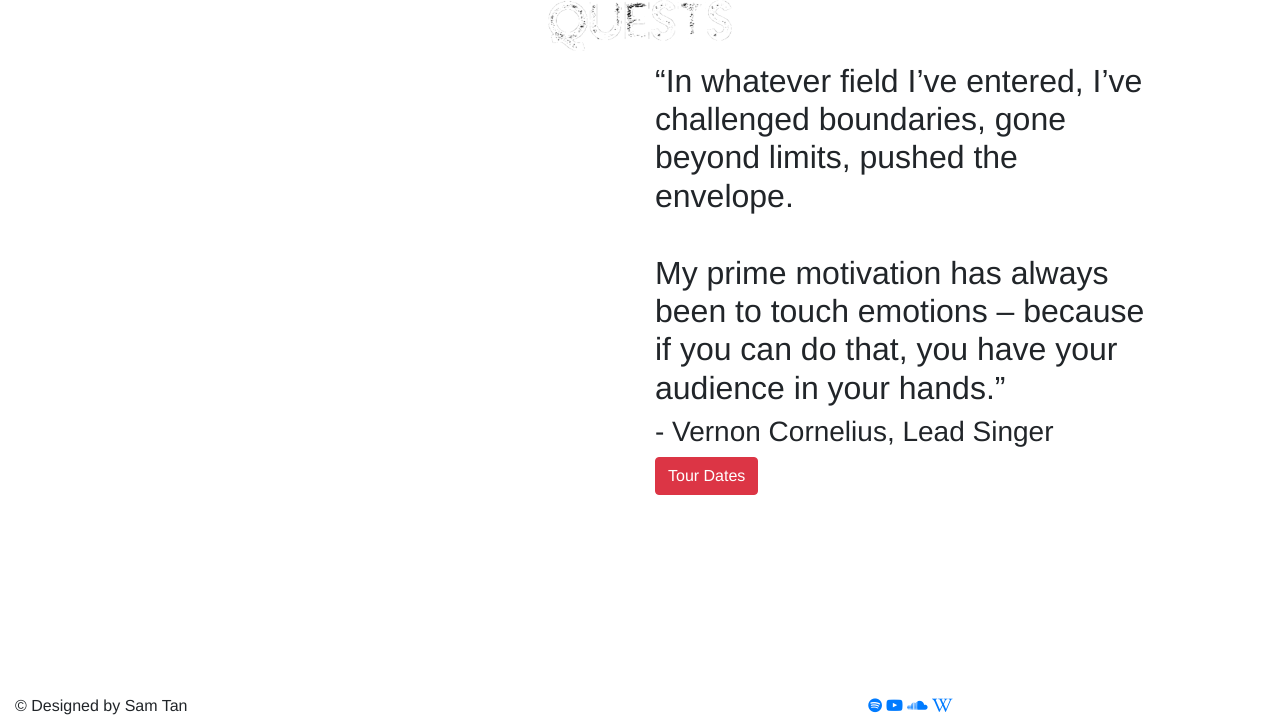
Repository: SamLookingGlass/User-Centric-Frontend-Development-Project
Page: tour.html
The author's editor kept a record of every edit. The page is drawn from the files as they stood at one moment, then again after the next edit.
The browser window is 1280 px wide. The pictures show the whole page.
Some web libraries are served in a nearby version.

Above is the page before.

### tour.html
<!doctype html>
<html lang="en">

<head>
    <!-- Required meta tags -->
    <meta charset="utf-8">
    <meta name="viewport" content="width=device-width, initial-scale=1, shrink-to-fit=no">

    <!-- Bootstrap CSS -->
    <link rel="stylesheet" href="https://maxcdn.bootstrapcdn.com/bootstrap/4.0.0/css/bootstrap.min.css" integrity="sha384-Gn5384xqQ1aoWXA+058RXPxPg6fy4IWvTNh0E263XmFcJlSAwiGgFAW/dAiS6JXm" crossorigin="anonymous">

    <!-- Google Fonts CSS -->
    <link href="https://fonts.googleapis.com/css?family=Fjalla+One&display=swap" rel="stylesheet">
    <link href="https://fonts.googleapis.com/css?family=Amatic+SC&display=swap" rel="stylesheet">
    <link href="https://fonts.googleapis.com/css?family=Playfair+Display&display=swap" rel="stylesheet">

    <!-- Font Awesoe CSS -->
    <link rel="stylesheet" href="https://cdnjs.cloudflare.com/ajax/libs/font-awesome/4.7.0/css/font-awesome.min.css">

    <!-- Own Stylesheet -->
    <link href="style.css" rel="stylesheet" type="text/css" />

    <title>The Quests Official | Tour</title>
</head>

<body id="borderhome">
    <!--<div class="container-fluid" style="height:2vw"></div>-->
    <nav class="fontnew" id="navbg">
        <div class="container-fluid">
            <div class="row d-lg-flex">
                <div class="col-5 navnew navleft d-flex justify-content-end">
                    <ul class="d-flex">
                        <li><a href="home.html">HOME</a></li>
                        <li><a href="music.html">MUSIC</a></li>
                        <li><a href="history.html">HISTORY</a></li>
                    </ul>
                </div>
                <div class="col-2 d-lg-flex justify-content-center">
                    <a class="" href="home.html">
                     <img id="navlogo" class="img-fluid" src="images/logo/logo.png" alt="Quests Logo">
                </a>
                </div>
                <div class="col-5 navnew navright d-lg-flex justify-content-start">
                    <ul class="d-flex">
                        <li id="active"><a href="tour.html">TOUR</a></li>
                        <li><a href="gallery.html">GALLERY</a></li>
                    </ul>
                </div>
            </div>
        </div>
    </nav>
    <section class="tour-background">
        <div style="height:500pt" class="container-fluid">
            <div class="row">
                <div class="col-1"></div>
                <div class="col-5">
                    <!-- Modal -->
                    <div class="modal fade" id="exampleModal" tabindex="-1" role="dialog" aria-labelledby="exampleModalLabel" aria-hidden="true">
                        <div class="modal-dialog" role="document">
                            <div class="modal-content">
                                <div class="modal-header">
                                    <h5 class="modal-title" id="exampleModalLabel">Tour Dates</h5>
                                    <button type="button" class="close" data-dismiss="modal" aria-label="Close">
                                      <span aria-hidden="true">&times;</span>
                                    </button>
                                </div>
                                <div class="modal-body">
                                    <p>There are currently no tours in your area.</p>
                                </div>
                                <div class="modal-footer">
                                    <button type="button" class="btn btn-secondary" data-dismiss="modal">Close</button>
                                </div>
                            </div>
                        </div>
                    </div>
                </div>
                <div class="col-5 fonttypo">
                    <div>
                        <h2 class="cardbod cardbod-tour">
                            “In whatever field I’ve entered, I’ve challenged boundaries, gone beyond limits, pushed the envelope.
                            <br>
                            <br> My prime motivation has always been to touch emotions – because if you can do that, you have your audience in your hands.”
                            <br>
                        </h2>
                        <h3>
                            - Vernon Cornelius, Lead Singer
                        </h3>

                    <!-- Button trigger modal -->
                    <button type="button" style="font-family: "Amatic SC", cursive" class="btn btn-danger" data-toggle="modal" data-target="#exampleModal">
                      Tour Dates
                    </button>
                    </div>
                    <div class="col-1"></div>
                </div>
            </div>
    </section>
    <footer class="fixed-bottom fontfooter" id="navbg1">
        <div class="container-fluid">
            <div class="row">
                <div class="col-4">© Designed by Sam Tan </div>
                <div class="col-4"></div>
                <div class="col-4 footerlogo logos">
                    <a href="https://open.spotify.com/artist/4AOgY5YwQw4d5pgEX3f56A" target="_blank"><i class="fa fa-spotify"></i> </i></a>
                    <a href="https://www.youtube.com/user/JoeWuSeattleWaUSA/featured" target="_blank"><i class="fa fa-youtube-play"></i></a>
                    <a href="https://soundcloud.com/user-73693220/keith-locke-the-quests-dont-1" target="_blank"><i class="fa fa-soundcloud"></i></a>
                    <a href="https://en.wikipedia.org/wiki/The_Quests" target="_blank"><i class="fa fa-wikipedia-w"></i></a>
                </div>
            </div>
        </div>
    </footer>

    <!-- Optional JavaScript -->
    <!-- jQuery first, then Popper.js, then Bootstrap JS -->
    <script src="https://code.jquery.com/jquery-3.2.1.slim.min.js" integrity="sha384-KJ3o2DKtIkvYIK3UENzmM7KCkRr/rE9/Qpg6aAZGJwFDMVNA/GpGFF93hXpG5KkN" crossorigin="anonymous"></script>
    <script src="https://cdnjs.cloudflare.com/ajax/libs/popper.js/1.12.9/umd/popper.min.js" integrity="sha384-ApNbgh9B+Y1QKtv3Rn7W3mgPxhU9K/ScQsAP7hUibX39j7fakFPskvXusvfa0b4Q" crossorigin="anonymous"></script>
    <script src="https://maxcdn.bootstrapcdn.com/bootstrap/4.0.0/js/bootstrap.min.js" integrity="sha384-JZR6Spejh4U02d8jOt6vLEHfe/JQGiRRSQQxSfFWpi1MquVdAyjUar5+76PVCmYl" crossorigin="anonymous"></script>
</body>

</html>

### style.css
.red {
    background-color: red;
}

.green {
    background-color: green;
}

/*Updated Index*/

.badgedesign {
    margin:10pt;
    padding:10pt;
    background-image: linear-gradient(to right, green , white);
}

.musicbox {
    position:relative;
    padding-top:20pt;
}
#navlogo {
   filter: invert(1);
}
.navnew li a {
    color: white;
}

.navnew li {
    text-decoration: none;
    list-style: none;
    padding-top: 12pt;
    margin: 5pt;
    font-size: 7pt;
    font-weight: bold;
}

.navright ul {
    position: relative;
    right: 0pt;
}

.navleft ul {
    position: relative;
    left: 0pt;
}

.fontnew {
    color:white;
    font-size: 7pt;
}

#videobg {
    z-index: -1;
    position: fixed;
    right: 0;
    bottom: 0;
    min-width: 100%;
    min-height: 120%;
}

@media (min-aspect-ratio: 16/9) {
    #videobg {
        width: 100%;
        height: auto;
    }
}

@media (min-aspect-ratio: 16/9) {
    #videobg {
        width: auto;
        height: 100%;
    }
}

/*edit size*/
@media (max-width: 200px) {
    #videobg {
        display: none;
    }
    body {
        background: url("");
        background-size: cover;
    }
}


/*badge*/
.badgeset1 {
    margin: 10pt;
    border: solid 1pt black;
    background-color: white;
    border-radius: 0pt;
    color: rgba(0,0,0,0.5);
}

.badgeset2 {
    margin: 10pt;
    border: solid 1pt black;
    background-color: pink;
    border-radius: 0pt;
}

/*Home Styling*/

.main-font {
    font-size: 0.8em;
    font-family: 'IBM Plex Sans', sans-serif;
}

.topnav {
    padding: 0pt;
    padding-left: 1pt;
    border-bottom: solid 1pt black;
}

.topnav ul {
    align-items: stretch;
    position: absolute;
    left: 150pt;
}

.topnav ul li:hover {
    background-color: grey;
    border-radius: 20px;
    text-decoration: underline;
}

#logo-next span {
    background-color: black;
    border-radius: 4px;
    padding: 23px 10px;
}

#logo-prev span {
    background-color: black;
    border-radius: 4px;
    padding: 23px 10px;
}

#home-background {
    background-color: #FFFF00;
    background-size: cover;
    height: 300px;
}

#main-album {
    max-width: 150px;
}

.main2 {
    background-image: url("images/image2.jpg");
    min-height: 500px;
    background-attachment: fixed;
    background-position: center;
    background-repeat: no-repeat;
    background-size: cover;
}

.footer {
    background-color: #0F0F0F;
    background-size: cover;
    height: 300px;
}

/*Gallery Styling*/

.card-text {
    color: white;
    font-weight: bolder;
    font-size: 24px;
}


.gallery-left {
    background-position: cover;
    background-image: url("images/background.gif");
}

/*History Styling*/

.timeline {
    background-color: #1d2124;
    padding-top: 20pt;
}

.main-timeline {
    overflow: hidden;
    position: relative;
}

.main-timeline .timeline {
    position: relative;
}

.main-timeline .timeline:before,

.main-timeline .timeline:after {
    content: "";
    display: block;
    width: 100%;
    clear: both;
}

.main-timeline .timeline:before {
    content: "";
    width: 15px;
    height: 100%;
    background: #f4a24c;
    margin: 0 auto;
    position: absolute;
    top: -50%;
    left: 0;
    right: 0;
}

.main-timeline .timeline:first-child:before {
    height: 50%;
    border-radius: 10px 10px 0 0;
    top: 0;
}

.main-timeline .timeline:last-child:before {
    height: 150%;
    border-radius: 0 0 10px 10px;
}

.main-timeline .timeline-icon {
    display: block;
    width: 130px;
    height: 130px;
    line-height: 105px;
    border-radius: 50%;
    background: #1d2124;
    border: 12px solid #f4a24c;
    margin: auto;
    font-size: 70px;
    font-weight: bold;
    color: #fff;
    text-transform: uppercase;
    text-align: center;
    position: absolute;
    top: 0;
    left: 0;
    bottom: 0;
    right: 0;
    z-index: 1;
}

.main-timeline .timeline-icon:before {
    content: "";
    width: 0;
    height: 0;
    border-right: 15px solid #f4a24c;
    border-top: 10px solid transparent;
    border-bottom: 10px solid transparent;
    margin: auto 0;
    position: absolute;
    top: 0;
    left: -33px;
    bottom: 0;
}

.main-timeline .timeline-content {
    width: 50%;
    padding-right: 100px;
}

.main-timeline .icon {
    float: left;
    margin-right: 15px;
    font-size: 70px;
    color: #f4a24c;
}

.main-timeline .description {
    font-size: 16px;
    color: #fff;
    line-height: 24px;
    margin: 0;
}

.main-timeline .year {
    width: 50%;
    padding-left: 50px;
    position: absolute;
    top: 50%;
    right: 0;
    transform: translateY(-50%);
}

.main-timeline .year span {
    display: inline-block;
    padding: 12px 25px 12px 25px;
    background: #f4a24c;
    border-radius: 0 50px 50px 0;
    font-size: 40px;
    font-weight: bold;
    line-height: 36px;
    color: #fff;
}

.main-timeline .timeline:nth-child(2n) .timeline-icon:before {
    border-right: none;
    border-left: 15px solid #f26f77;
    left: auto;
    right: -33px;
}

.main-timeline .timeline:nth-child(2n) .timeline-content {
    float: right;
    padding: 0 0 0 100px;
}

.main-timeline .timeline:nth-child(2n) .description {
    padding-left: 20px;
}

.main-timeline .timeline:nth-child(2n) .year {
    padding: 0 50px 0 0;
    text-align: right;
    right: auto;
    left: 0;
}

.main-timeline .timeline:nth-child(2n) .year span {
    border-radius: 50px 0 0 50px;
}

.main-timeline .timeline:nth-child(2n) .timeline-icon {
    border-color: #f26f77;
}

.main-timeline .timeline:nth-child(2n) .icon {
    color: #f26f77;
}

.main-timeline .timeline:nth-child(2n):before,
.main-timeline .timeline:nth-child(2n) .year span {
    background: #f26f77;
}

.main-timeline .timeline:nth-child(3n) .timeline-icon {
    border-color: #13a3b5;
}

.main-timeline .timeline:nth-child(3n) .timeline-icon:before {
    border-right-color: #13a3b5;
}

.main-timeline .timeline:nth-child(3n) .icon {
    color: #13a3b5;
}

.main-timeline .timeline:nth-child(3n):before,
.main-timeline .timeline:nth-child(3n) .year span {
    background: #13a3b5;
}

.main-timeline .timeline:nth-child(4n) .timeline-icon {
    border-color: #a6d050;
}

.main-timeline .timeline:nth-child(4n) .timeline-icon:before {
    border-left-color: #a6d050;
}

.main-timeline .timeline:nth-child(4n) .icon {
    color: #a6d050;
}

.main-timeline .timeline:nth-child(4n):before,
.main-timeline .timeline:nth-child(4n) .year span {
    background: #a6d050;
}

@media only screen and (max-width: 767px) {
    .main-timeline .timeline {
        padding-top: 95px;
        margin-top: 150px;
        margin-bottom: 50px;
    }
    .main-timeline .timeline:first-child {
        margin-top: 135px;
    }
    .main-timeline .timeline:last-child {
        margin-bottom: 0;
    }
    .main-timeline .timeline:before,
    .main-timeline .timeline:first-child:before,
    .main-timeline .timeline:last-child:before {
        width: 100%;
        height: 15px;
        border-radius: 10px;
        margin: 0;
        top: 0;
    }
    .main-timeline .timeline-icon {
        margin: 0 auto;
        top: -65px;
    }
    .main-timeline .timeline-icon:before,
    .main-timeline .timeline:nth-child(2n) .timeline-icon:before,
    .main-timeline .timeline:nth-child(3n) .timeline-icon:before {
        border: 10px solid transparent;
        border-top: 15px solid #f4a24c;
        margin: 0 auto;
        position: absolute;
        top: auto;
        left: 0;
        bottom: -43px;
        right: 0;
    }
    .main-timeline .timeline:nth-child(2n) .timeline-icon:before {
        border-top-color: #f26f77;
    }
    .main-timeline .timeline:nth-child(3n) .timeline-icon:before {
        border-top-color: #149cad;
    }
    .main-timeline .timeline:nth-child(4n) .timeline-icon:before {
        border-top-color: #a6d050;
    }
    .main-timeline .timeline-content,
    .main-timeline .timeline:nth-child(2n) .timeline-content {
        width: 100%;
        padding: 0;
        float: none;
    }
    .main-timeline .timeline:nth-child(2n) .description {
        padding: 0;
    }
    .main-timeline .year,
    .main-timeline .timeline:nth-child(2n) .year {
        width: 100%;
        padding: 0;
        text-align: center;
        position: absolute;
        top: -135px;
        right: 0;
        transform: translateY(0);
    }
    .main-timeline .year span,
    .main-timeline .timeline:nth-child(2n) .year span {
        border-radius: 50px;
    }
}

/*Music Styling*/

body {
    font-family: 'Source Sans Pro', Helvetica Neue, Helvetica, Arial, sans-serif;
    font-size: 16px;
    line-height: 1.75;
}

#timeline {
    display: flex;
    background-color: #031625;
}

#timeline:hover .tl-item {
    width: 23.3333%;
}

.tl-item {
    transform: translate3d(0, 0, 0);
    position: relative;
    width: 25%;
    height: 100vh;
    min-height: 600px;
    color: #fff;
    overflow: hidden;
    transition: width 0.5s ease;
}

.tl-item:before,
.tl-item:after {
    transform: translate3d(0, 0, 0);
    content: '';
    position: absolute;
    left: 0;
    top: 0;
    width: 100%;
    height: 100%;
}

.tl-item:after {
    background: rgba(3, 22, 37, 0.85);
    opacity: 1;
    transition: opacity 0.5s ease;
}

.tl-item:before {
    background: linear-gradient(to bottom, rgba(0, 0, 0, 0) 0%, rgba(0, 0, 0, 1) 75%);
    z-index: 1;
    opacity: 0;
    transform: translate3d(0, 0, 0) translateY(50%);
    transition: opacity 0.5s ease, transform 0.5s ease;
}

.tl-item:hover {
    width: 30% !important;
}

.tl-item:hover:after {
    opacity: 0;
}

.tl-item:hover:before {
    opacity: 1;
    transform: translate3d(0, 0, 0) translateY(0);
    transition: opacity 1s ease, transform 1s ease 0.25s;
}

.tl-item:hover .tl-content {
    opacity: 1;
    transform: translateY(0);
    transition: all 0.75s ease 0.5s;
}

.tl-item:hover .tl-bg {
    filter: grayscale(0);
}

.tl-content {
    transform: translate3d(0, 0, 0) translateY(25px);
    position: relative;
    z-index: 1;
    text-align: center;
    margin: 0 1.618em;
    top: 55%;
    opacity: 0;
}

.tl-content h1 {
    font-family: 'Pathway Gothic One', Helvetica Neue, Helvetica, Arial, sans-serif;
    text-transform: uppercase;
    color: #1779cf;
    font-size: 1.44rem;
    font-weight: normal;
}

.tl-year {
    position: absolute;
    top: 50%;
    left: 50%;
    transform: translateX(-50%) translateY(-50%);
    z-index: 1;
    border-top: 1px solid #fff;
    border-bottom: 1px solid #fff;
}

.tl-year p {
    font-family: 'Pathway Gothic One', Helvetica Neue, Helvetica, Arial, sans-serif;
    font-size: 1.728rem;
    line-height: 0;
    padding-top: 0.9rem;
}

.tl-bg {
    transform: translate3d(0, 0, 0);
    position: absolute;
    width: 100%;
    height: 100%;
    top: 0;
    left: 0;
    background-size: cover;
    background-position: center center;
    transition: filter 0.5s ease;
    filter: grayscale(100%);
}

After the next edit:
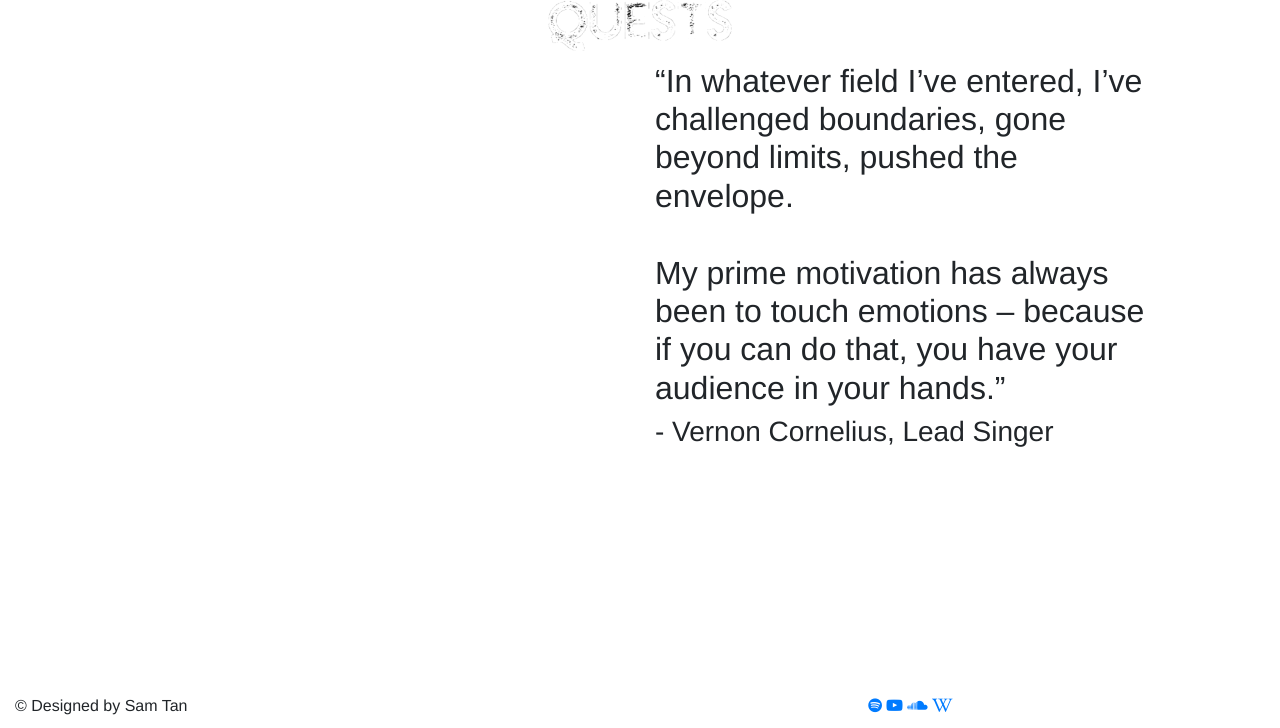
The edit:
--- a/tour.html
+++ b/tour.html
@@ -85,11 +85,6 @@
                         <h3>
                             - Vernon Cornelius, Lead Singer
                         </h3>
-
-                    <!-- Button trigger modal -->
-                    <button type="button" style="font-family: "Amatic SC", cursive" class="btn btn-danger" data-toggle="modal" data-target="#exampleModal">
-                      Tour Dates
-                    </button>
                     </div>
                     <div class="col-1"></div>
                 </div>

After the 2 edits that followed:
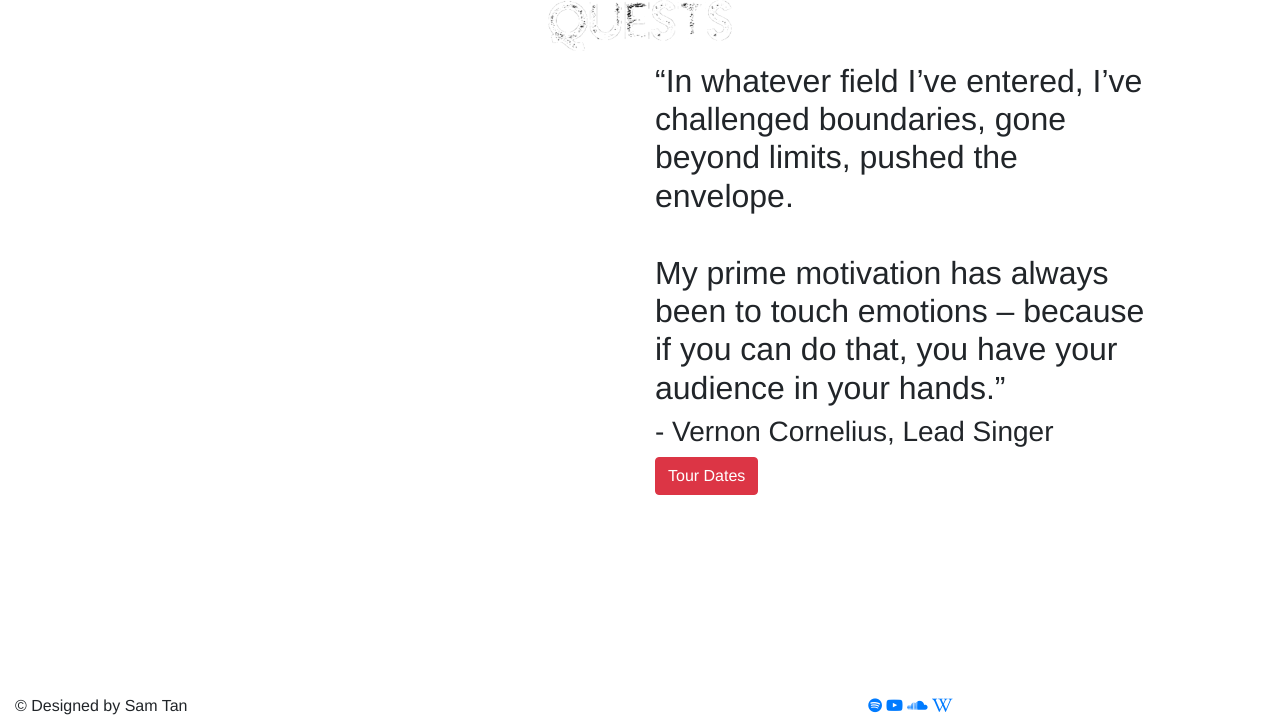
The 2 edits are shown as one change because 1 left the picture as it was.
The edit:
--- a/tour.html
+++ b/tour.html
@@ -54,6 +54,7 @@
             <div class="row">
                 <div class="col-1"></div>
                 <div class="col-5">
+
                     <!-- Modal -->
                     <div class="modal fade" id="exampleModal" tabindex="-1" role="dialog" aria-labelledby="exampleModalLabel" aria-hidden="true">
                         <div class="modal-dialog" role="document">
@@ -85,6 +86,10 @@
                         <h3>
                             - Vernon Cornelius, Lead Singer
                         </h3>
+                                            <!-- Button trigger modal -->
+                        <button type="button" style="font-family: "Amatic SC", cursive" class="btn btn-danger" data-toggle="modal" data-target="#exampleModal">
+                          Tour Dates
+                        </button>
                     </div>
                     <div class="col-1"></div>
                 </div>
